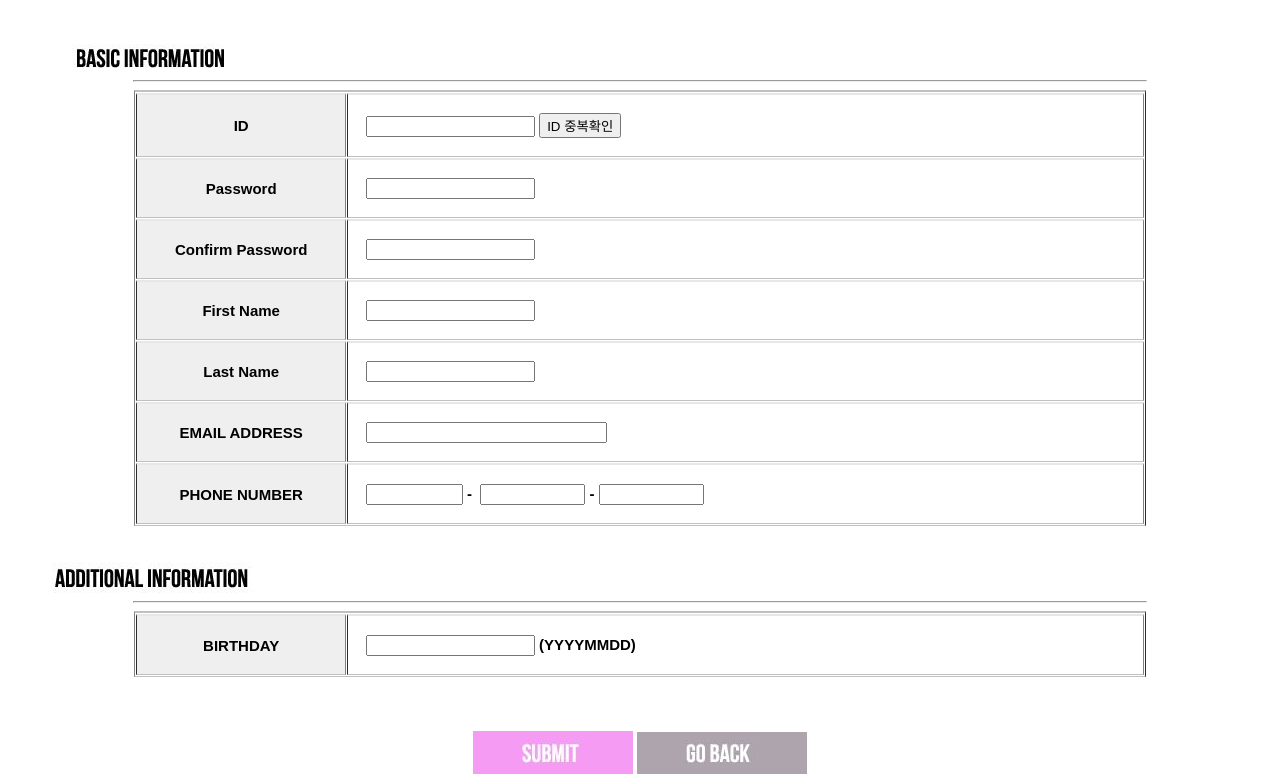
Repository: kminjoo/Making-website-using-JSP
Page: http://localhost/website_project/Register.jsp
The author's editor kept a copy of each file at every save. The page is drawn from the files as they stood at one save, then again after the next save.
The browser window is 1280 px wide. The pictures show the whole page.
The page is served by Tomcat 9. Other server files are loaded and not shown.

Above is the page before, as saved 2015-07-21 14:42:23.

### website_project/WebContent/Register.jsp
<%@ page language="java" contentType="text/html; charset=EUC-KR"
    pageEncoding="EUC-KR"%>
<!DOCTYPE html PUBLIC "-//W3C//DTD HTML 4.01 Transitional//EN" "http://www.w3.org/TR/html4/loose.dtd">
<html>
<head>
<meta http-equiv="Content-Type" content="text/html; charset=EUC-KR">
<title>Welcome to Minjoo's Website!</title>
<link href="style.css" rel="stylesheet" type="text/css">

<script language="JavaScript" src="script.js"></script>
</head>
<body><br><br>
<div>&nbsp;&nbsp;&nbsp;&nbsp;&nbsp;&nbsp;&nbsp;&nbsp;&nbsp;&nbsp;&nbsp;&nbsp;&nbsp;&nbsp;&nbsp;
<img src="<%=request.getContextPath() %>/images/basicInfo.JPG"/></div>
<hr>
<table border="1" cellpadding="18" cellspacing="1" width="80%" align="center">
<form name="regForm" method="post" action="RegisterProc.jsp">
	<tr>
		<td width="13%" align="center" bgcolor="#EFEFEF">
		ID
		</td>
		<td width="60%"><input type="text" name="mem_id" size="18">
		<input type="button" value="ID 중복확인" onClick="idCheck(this.form.mem_id.value)"></td>
	</tr>
	<tr>
		<td width="13%" align="center" bgcolor="#EFEFEF">Password
</td>
		<td width="60%"><input type="password" name="mem_passwd" size="18">
	</tr>
	<tr>
		<td width="13%" align="center" bgcolor="#EFEFEF">Confirm Password</td>
		<td width="60%"><input type="password" name="mem_repasswd" size="18">
	</tr>
	<tr>
		<td width="13%" align="center" bgcolor="#EFEFEF">First Name</td>
		<td width="60%"><input type="text" name="mem_firstname" size="18"></td>
	</tr>
	<tr>
		<td width="13%" align="center" bgcolor="#EFEFEF">Last Name</td>
		<td width="60%"><input type="text" name="mem_lastname" size="18"></td>
	</tr>
	<tr>
		<td width="13%" align="center" bgcolor="#EFEFEF">EMAIL ADDRESS</td>
		<td width="60%"><input type="text" name="mem_email" size="27">
	</tr>
	<tr>
		<td width="13%" align="center" bgcolor="#EFEFEF">PHONE NUMBER</td>
		<td width="30%"><input type="text" name="mem_phone1" size="9">&nbsp;-&nbsp;
		<input type="text" name="mem_phone2" size="10">&nbsp;-&nbsp;<input type="text" name="mem_phone3" size="10"></td>
	</tr>

</table>
<br><br>
<div>&nbsp;&nbsp;&nbsp;&nbsp;&nbsp;&nbsp;&nbsp;&nbsp;&nbsp;&nbsp;&nbsp;<img src="<%=request.getContextPath() %>/images/additional.JPG"/></div>
<hr>
<table border="1" cellpadding="18" cellspacing="1" width="80%" align="center">
<tr>
		<td width="13%" align="center" bgcolor="#EFEFEF">BIRTHDAY</td>
		<td width="60%"><input type="text" name="mem_bday" size="18">
		(YYYYMMDD)</td>
</tr>
</table>
</form>
<br>
<br>
&nbsp;&nbsp;&nbsp;&nbsp;&nbsp;&nbsp;&nbsp;&nbsp;&nbsp;&nbsp;&nbsp;
<div align="center">
<img src="<%=request.getContextPath() %>/images/submit.JPG"/>
<img src="<%=request.getContextPath() %>/images/goback.JPG"/></div>
</body>
</html>

### website_project/WebContent/style.css
@CHARSET "EUC-KR";

hr {
    display: block;
    margin-top: 0.5em;
    margin-bottom: 0.5em;
    margin-left: auto;
    margin-right: auto;
    border-style: inset;
    border-width: 1px;
    width: 80%;
}

div{
}


img{vertical-align:middle;}

table{table-layout:fixed;border-top:2px solid #c0c0c0;border-bottom:1px solid #c0c0c0;}

td{border-top:2px solid #e7e7e7;color:black;line-height:140%;font-size:15px;font-family: arial;
font-weight:bold;
}

### website_project/WebContent/script.js
/**
 *
 */


function loginCheck(){
	if(document.login.mem_id.value==""){
		alert("Enter your ID.");
		document.login.mem_id.focus();
		return;
	}
	if(document.login.mem_passwd.value==""){
		alert("Enter your password.");
		document.login.mem_passwd.focus();
		return;
	}
	document.login.submit();

}

function memberReg(){
	location.href ="Register.jsp";
}
function idCheck(id){
	if(id == ""){
	alert("Enter your ID.");
	document.regForm.mem_id.focus();
	}else{
		url="IdCheck.jsp?mem_id=" + id;
		window.open(url,"post","width=300,height=150");
	}
}

function inputCheck(){
	if(document.regForm.mem_id.value==""){
		alert("Enter your ID.");
		document.regForm.mem_id.focus();
		return;
	}
	if(document.regForm.mem_password.value==""){
		alert("Enter your Password.");
		document.regForm.mem_password.focus();
		return;
	}
	if(document.regForm.mem_repasswd.value==""){
		alert("Enter your Password.");
		document.regForm.mem_repasswd.focus();
		return;
	}

	if(document.regForm.mem_password.value != document.regForm.mem_repasswd.value){
		alert("Passwords do not match.");
		document.regForm.mem_passwd.focus();
		return;
	}

	if(document.regForm.mem_firstname.value==""){
		alert("Enter your first name.");
		document.regForm.mem_firstname.focus();
		return;
	}
	if(document.regForm.mem_lastname.value==""){
		alert("Enter your last name.");
		document.regForm.mem_lastname.focus();
		return;
	}
	if(document.regForm.mem_email.value==""){
		alert("Enter your email address.");
		document.regForm.mem_email.focus();
		return;
	}
	if(document.regForm.mem_phone1.value==""){
		alert("Enter your phone number.");
		document.regForm.mem_phone1.focus();
		return;
	}
	if(document.regForm.mem_phone2.value==""){
		alert("Enter your phone number.");
		document.regForm.mem_phone2.focus();
		return;
	}
	if(document.regForm.mem_phone3.value==""){
		alert("Enter your phone number.");
		document.regForm.mem_phone3.focus();
		return;
	}

	var str = document.regForm.mem_email.value;
	var atPos = str.indexOf('@');
	var atLastPos = str.lastIndexOf('@');
	var dotPos = str.indexOf('.');
	var spacePos = str.indexOf(' ');
	var commaPos = str.indexOf(',');
	var emailSize = str.length;

	if(atPos>1 && atPos == atLastPos && dotPos > 3 && spacePos == -1 &&
			commaPos == -1 && atPos + 1 < dotPos && dotPos + 1 < emailSize );
	else{
		alert("This e-mail address is incorrectly formatted. \n\r Please try again.");
		document.regForm.mem_email.focus();
		return;
	}

	document.regForm.submit();
}

function inputCheck2(){
	if(document.regForm.mem_id.value==""){
		alert("Enter your ID.");
		document.regForm.mem_id.focus();
		return;
	}
	if(document.regForm.mem_password.value==""){
		alert("Enter your Password.");
		document.regForm.mem_password.focus();
		return;
	}

	if(document.regForm.mem_firstname.value==""){
		alert("Enter your first name.");
		document.regForm.mem_firstname.focus();
		return;
	}
	if(document.regForm.mem_lastname.value==""){
		alert("Enter your last name.");
		document.regForm.mem_lastname.focus();
		return;
	}
	if(document.regForm.mem_email.value==""){
		alert("Enter your email address.");
		document.regForm.mem_email.focus();
		return;
	}
	if(document.regForm.mem_phone1.value==""){
		alert("Enter your phone number.");
		document.regForm.mem_phone1.focus();
		return;
	}
	if(document.regForm.mem_phone2.value==""){
		alert("Enter your phone number.");
		document.regForm.mem_phone2.focus();
		return;
	}
	if(document.regForm.mem_phone3.value==""){
		alert("Enter your phone number.");
		document.regForm.mem_phone3.focus();
		return;
	}

	var str = document.regForm.mem_email.value;
	var atPos = str.indexOf('@');
	var atLastPos = str.lastIndexOf('@');
	var dotPos = str.indexOf('.');
	var spacePos = str.indexOf(' ');
	var commaPos = str.indexOf(',');
	var emailSize = str.length;

	if(atPos>1 && atPos == atLastPos && dotPos > 3 && spacePos == -1 &&
			commaPos == -1 && atPos + 1 < dotPos && dotPos + 1 < emailSize );
	else{
		alert("This e-mail address is incorrectly formatted. \n\r Please try again.");
		document.regForm.mem_email.focus();
		return;
	}

	document.regForm.submit();
}

function win_close()
{
	self.close();
}

function searchInputCheck(sform){
	if(sform.search.value==""){
	alert("Enter what you want to search");
	sform.search.focus();
	return false;
}
	sform.submit();
}

After the next save:
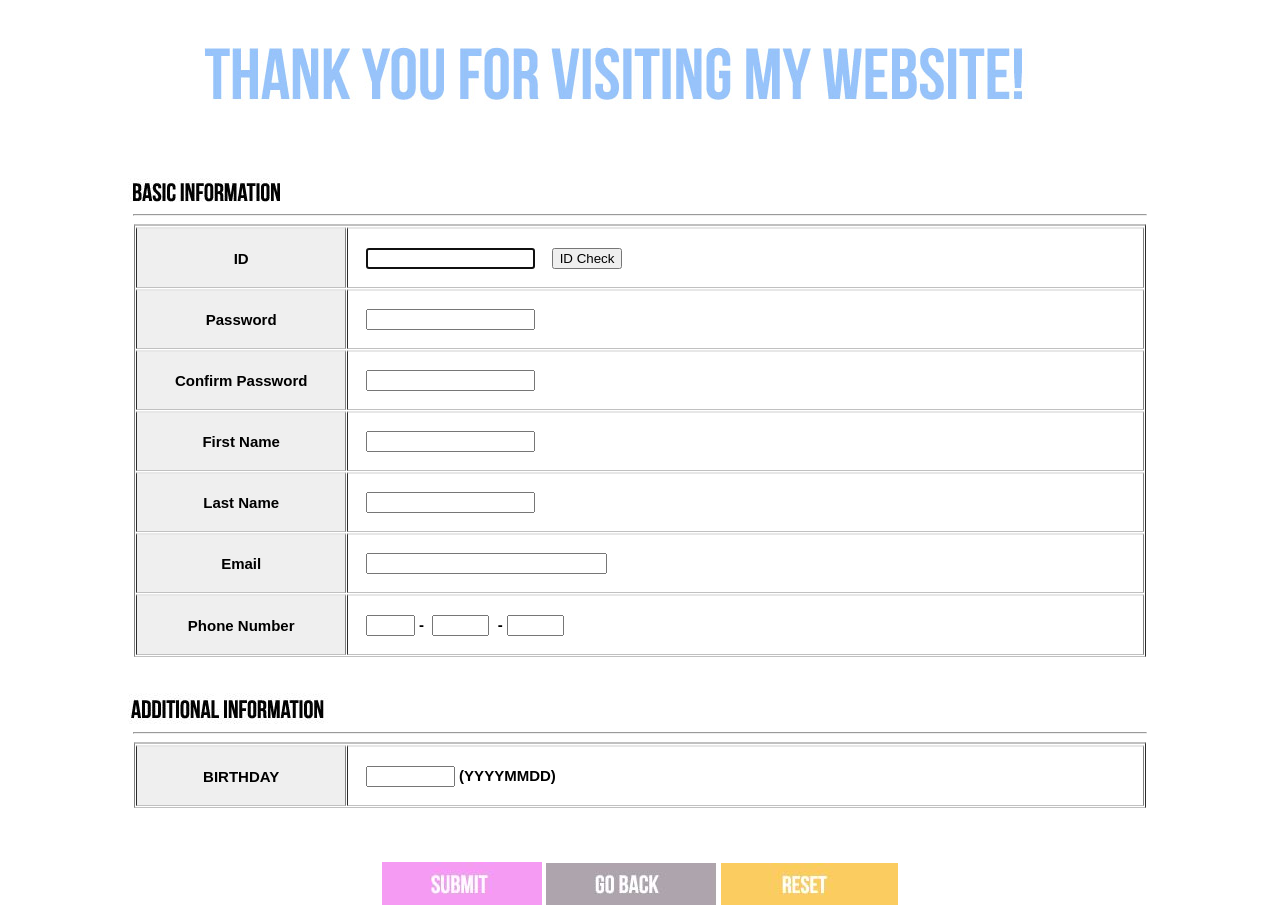
Saved 13 s later.
--- a/website_project/WebContent/Register.jsp
+++ b/website_project/WebContent/Register.jsp
@@ -6,25 +6,25 @@
 <meta http-equiv="Content-Type" content="text/html; charset=EUC-KR">
 <title>Welcome to Minjoo's Website!</title>
 <link href="style.css" rel="stylesheet" type="text/css">
-
 <script language="JavaScript" src="script.js"></script>
 </head>
-<body><br><br>
-<div>&nbsp;&nbsp;&nbsp;&nbsp;&nbsp;&nbsp;&nbsp;&nbsp;&nbsp;&nbsp;&nbsp;&nbsp;&nbsp;&nbsp;&nbsp;
+<body onLoad="regForm.mem_id.focus()">
+<div align="center"><img src="<%=request.getContextPath() %>/images/visit.jpg"/></div>
+<div>
+&nbsp;&nbsp;&nbsp;&nbsp;&nbsp;&nbsp;&nbsp;&nbsp;&nbsp;&nbsp;&nbsp;
+&nbsp;&nbsp;&nbsp;&nbsp;&nbsp;&nbsp;&nbsp;&nbsp;&nbsp;&nbsp;&nbsp;
+&nbsp;&nbsp;&nbsp;&nbsp;&nbsp;
 <img src="<%=request.getContextPath() %>/images/basicInfo.JPG"/></div>
 <hr>
 <table border="1" cellpadding="18" cellspacing="1" width="80%" align="center">
 <form name="regForm" method="post" action="RegisterProc.jsp">
 	<tr>
-		<td width="13%" align="center" bgcolor="#EFEFEF">
-		ID
-		</td>
-		<td width="60%"><input type="text" name="mem_id" size="18">
-		<input type="button" value="ID 중복확인" onClick="idCheck(this.form.mem_id.value)"></td>
+		<td width="13%" align="center" bgcolor="#EFEFEF">ID</td>
+		<td width="60%"><input type="text" name="mem_id" size="18">&nbsp;&nbsp;&nbsp;
+		<input type="button" value="ID Check" onClick="idCheck(this.form.mem_id.value)"></td>
 	</tr>
 	<tr>
-		<td width="13%" align="center" bgcolor="#EFEFEF">Password
-</td>
+		<td width="13%" align="center" bgcolor="#EFEFEF">Password</td>
 		<td width="60%"><input type="password" name="mem_passwd" size="18">
 	</tr>
 	<tr>
@@ -40,23 +40,30 @@
 		<td width="60%"><input type="text" name="mem_lastname" size="18"></td>
 	</tr>
 	<tr>
-		<td width="13%" align="center" bgcolor="#EFEFEF">EMAIL ADDRESS</td>
+		<td width="13%" align="center" bgcolor="#EFEFEF">Email</td>
 		<td width="60%"><input type="text" name="mem_email" size="27">
 	</tr>
 	<tr>
-		<td width="13%" align="center" bgcolor="#EFEFEF">PHONE NUMBER</td>
-		<td width="30%"><input type="text" name="mem_phone1" size="9">&nbsp;-&nbsp;
-		<input type="text" name="mem_phone2" size="10">&nbsp;-&nbsp;<input type="text" name="mem_phone3" size="10"></td>
+		<td width="13%" align="center" bgcolor="#EFEFEF">Phone Number</td>
+		<td width="30%"><input type="text" name="mem_phone1" size="3" maxlength="3"
+			onKeyUp="if(this.value.length==3)regForm.mem_phone2.focus()">&nbsp;-&nbsp;
+		<input type="text" name="mem_phone2" size="4" maxlength="4"
+		onKeyUp="if(this.value.length==3)regForm.mem_phone3.focus()">
+		&nbsp;-&nbsp;<input type="text" name="mem_phone3" size="4" maxlength="4"></td>
 	</tr>
 
 </table>
 <br><br>
-<div>&nbsp;&nbsp;&nbsp;&nbsp;&nbsp;&nbsp;&nbsp;&nbsp;&nbsp;&nbsp;&nbsp;<img src="<%=request.getContextPath() %>/images/additional.JPG"/></div>
+<div>
+&nbsp;&nbsp;&nbsp;&nbsp;&nbsp;&nbsp;&nbsp;&nbsp;&nbsp;&nbsp;&nbsp;
+&nbsp;&nbsp;&nbsp;&nbsp;&nbsp;&nbsp;&nbsp;&nbsp;&nbsp;&nbsp;&nbsp;
+&nbsp;&nbsp;&nbsp;&nbsp;&nbsp;
+<img src="<%=request.getContextPath() %>/images/additional.JPG"/></div>
 <hr>
 <table border="1" cellpadding="18" cellspacing="1" width="80%" align="center">
 <tr>
 		<td width="13%" align="center" bgcolor="#EFEFEF">BIRTHDAY</td>
-		<td width="60%"><input type="text" name="mem_bday" size="18">
+		<td width="60%"><input type="text" name="mem_bday" size="8" maxlength="8">
 		(YYYYMMDD)</td>
 </tr>
 </table>
@@ -65,7 +72,14 @@
 <br>
 &nbsp;&nbsp;&nbsp;&nbsp;&nbsp;&nbsp;&nbsp;&nbsp;&nbsp;&nbsp;&nbsp;
 <div align="center">
-<img src="<%=request.getContextPath() %>/images/submit.JPG"/>
-<img src="<%=request.getContextPath() %>/images/goback.JPG"/></div>
+	<a href="#" onclick="inputCheck(); return false;">
+	<img src="<%=request.getContextPath() %>/images/submit.JPG"/></a>
+	<a href="#" onclick="history.back();">
+	<img src="<%=request.getContextPath() %>/images/goback.JPG"/></a>
+	<a href="#" onclick="document.regForm.reset()">
+	<img src="<%=request.getContextPath() %>/images/reset.JPG"/></a>
+
+</div>
+
 </body>
 </html>
